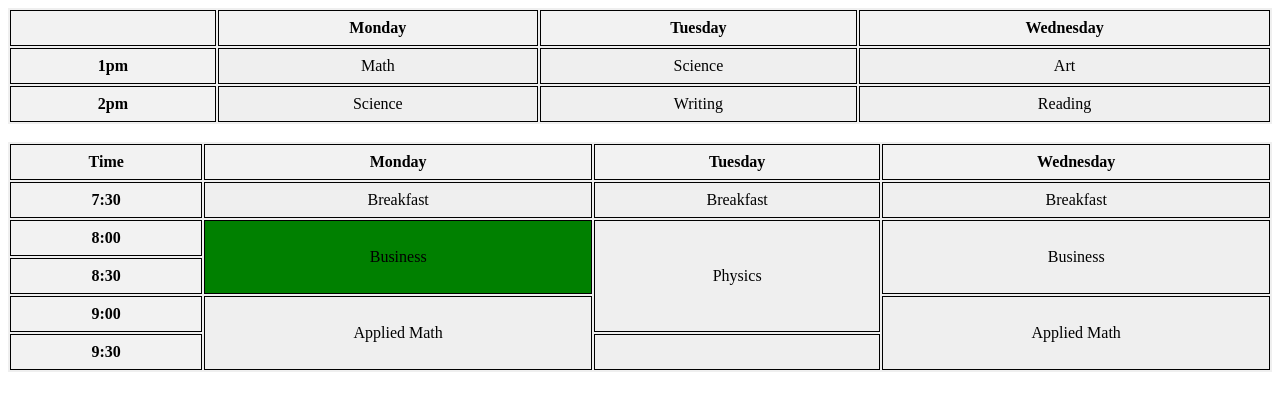
Repository: jefflai0412/website_design
Page: task1.html
An editor plug-in stored every save of this project. The page is shown before and after the next save, followed by the edit.
The browser window is 1280 px wide. The pictures show the whole page.

Above is the page before, as saved 2024-10-18 13:59:52.

### task1.html
<!DOCTYPE html>
<html lang="en">
<head>
    <meta charset="UTF-8">
    <meta name="viewport" content="width=device-width, initial-scale=1.0">
    <title>Document</title>
    <style>
        table {
            width: 100%;
            background-color: #efefef;
        }

        th, td {
            border: 1px solid black;
            padding: 8px;
            text-align: center;
        }

        th {
            background-color: #f2f2f2;
        }
    </style>
</head>
<body>
    <table>
        <tr>
            <th></th>
            <th>Monday</th>
            <th>Tuesday</th>
            <th>Wednesday</th>
        </tr>

        <tr>
            <th scope="row">1pm</th>
            <td>Math</td>
            <td>Science</td>
            <td>Art</td>
        </tr>

        <tr>
            <th scope="row">2pm</th>
            <td>Science</td>
            <td>Writing</td>
            <td>Reading</td>
        </tr>
    </table>

    <br>

    <table cellpadding="10" cell-spacing="10">
        <tr>
            <th>Time</th>
            <th>Monday</th>
            <th>Tuesday</th>
            <th>Wednesday</th>
        </tr>
        <tr>
            <th scope="row">7:30</th>
            <td>Breakfast</td>
            <td>Breakfast</td>
            <td>Breakfast</td>
        </tr>
        <tr>
            <th scope="row">8:00</th>
            <td rowspan="2" bgcolor="green">Business</td>
            <td rowspan="3">Physics</td>
            <td rowspan="2">Business</td>
        </tr>
        <tr>
            <th scope="row">8:30</th>
        </tr>
        <tr>
            <th scope="row">9:00</th>
            <td rowspan="2">Applied Math</td>
            <td rowspan="2">Applied Math</td>
        </tr>

        <tr>
            <th scope="row">9:30</th>
            <td></td>
        </tr>
    </table>
</body>
</html>

After the next save:
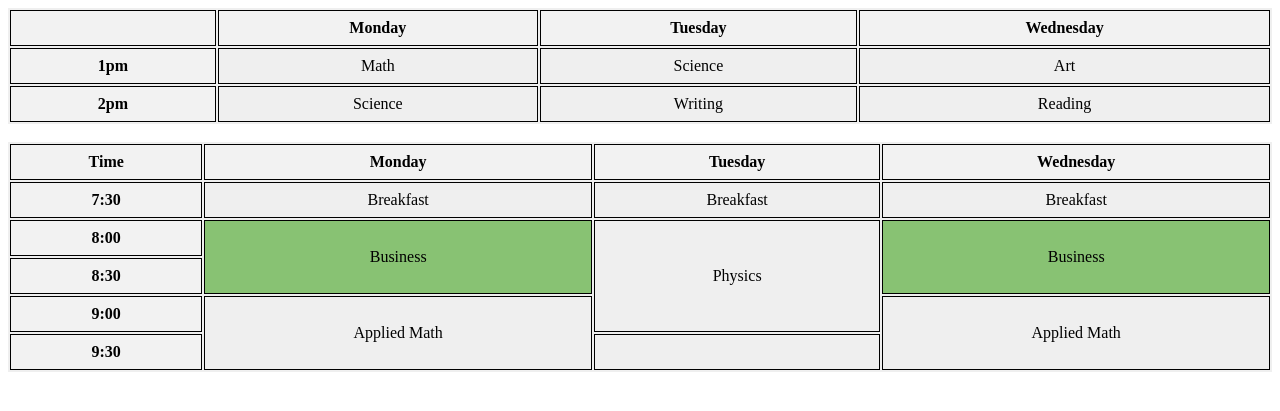
Saved 61 s later.
--- a/task1.html
+++ b/task1.html
@@ -62,9 +62,9 @@
         </tr>
         <tr>
             <th scope="row">8:00</th>
-            <td rowspan="2" bgcolor="green">Business</td>
+            <td rowspan="2" bgcolor="#88C273">Business</td>
             <td rowspan="3">Physics</td>
-            <td rowspan="2">Business</td>
+            <td rowspan="2" bgcolor="#88C273">Business</td>
         </tr>
         <tr>
             <th scope="row">8:30</th>
